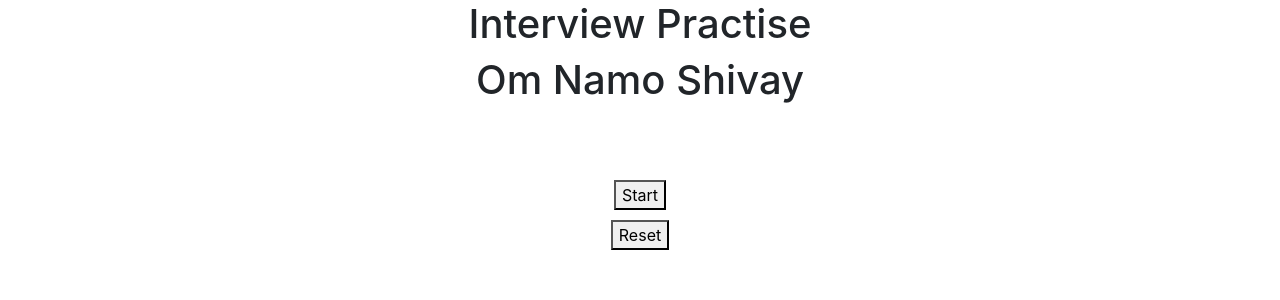
Repository: punitbathija/Machine-Round-React
Page: /
These files come from the project's save history. The page is drawn as it stood at one moment and after the next save; the edit follows.
The browser window is 1280 px wide. The pictures show the whole page.
The project was rebuilt for these pictures with package versions that can differ from the ones it lists, and the page was loaded fresh each time. Also part of the build but not shown: src/components/counter.jsx.

Above is the page before, as saved 2023-06-01 13:10:48.

### src/index.js
import React from "react";
import ReactDOM from "react-dom/client";
import Counter from "./components/counter";
import "./index.css";
import ProgressBar from "./components/ProgressBar";
// import FetchApi from "./components/FetchApi";

const root = ReactDOM.createRoot(document.getElementById("root"));
root.render(
  <>
    <h1 className="text-center">Interview Practise</h1>
    {/* <Counter /> */}
    {/* <FetchApi /> */}
    <ProgressBar />
  </>
);

### src/components/ProgressBar.js
import React, { useEffect, useState } from "react";

const ProgressBar = () => {
  const [progress, setProgress] = useState(0);
  const [isRunning, setIsRunning] = useState(false);

  useEffect(() => {
    if (progress < 100 && isRunning) {
      setTimeout(() => {
        setProgress((prev) => prev + 2);
      }, 100);
    }
  }, [isRunning, progress]);

  const resetCounter = () => {
    setProgress(0);
  };

  return (
    <div
      style={{
        display: "flex",
        flexDirection: "column",
        alignItems: "center",
        justifyContent: "center",
        margin: "auto",
        gap: "10px",
      }}
    >
      <h1>Om Namo Shivay</h1>
      <br />
      {isRunning && (
        <div
          style={{
            margin: "auto",
            textAlign: "center",
            display: "flex",
            alignItems: "center",
            justifyContent: "center",
            width: `${progress}%`,
            background: "linear-gradient(to right, #1c92d2, #f2fcfe)",
            transition: "ease",
            border: "4px dashed black",
            padding: "10px",
          }}
        >
          Loading... {progress}%
        </div>
      )}
      <br />
      <button onClick={() => setIsRunning(true)}>Start</button>
      <button onClick={resetCounter}>Reset</button>
    </div>
  );
};

export default ProgressBar;

Loaded but not shown: public/index.html (common file); src/index.css (common file)

After the next save:
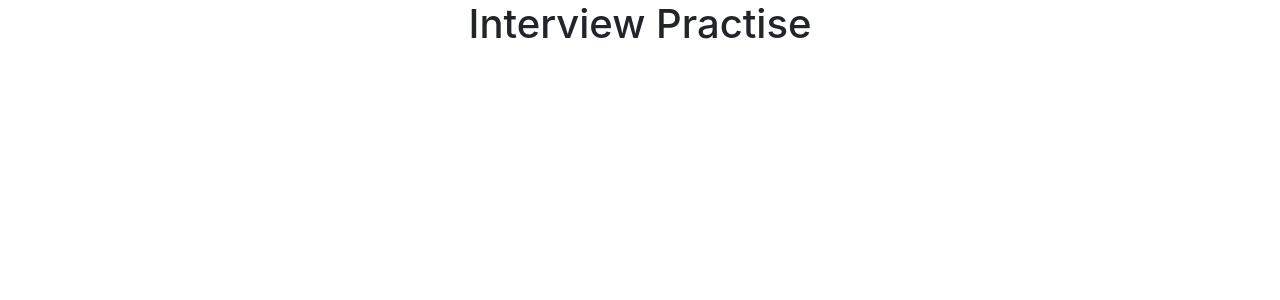
Saved 8 s later.
--- a/src/index.js
+++ b/src/index.js
@@ -11,6 +11,6 @@ root.render(
     <h1 className="text-center">Interview Practise</h1>
     {/* <Counter /> */}
     {/* <FetchApi /> */}
-    <ProgressBar />
+    {/* <ProgressBar /> */}
   </>
 );
